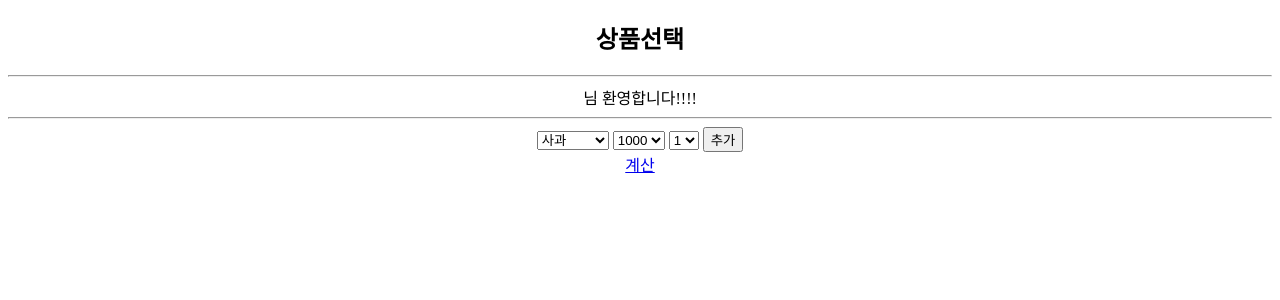
Repository: RyuJelly/211
Page: http://localhost/JSP/mission01/selProduct.jsp
These files come from the project's save history. The page is drawn as it stood at one moment and after the next save; the edit follows.
The browser window is 1280 px wide. The pictures show the whole page.
The page is served by Tomcat 9.

Above is the page before, as saved 2021-03-29 05:03:54.

After the next save:
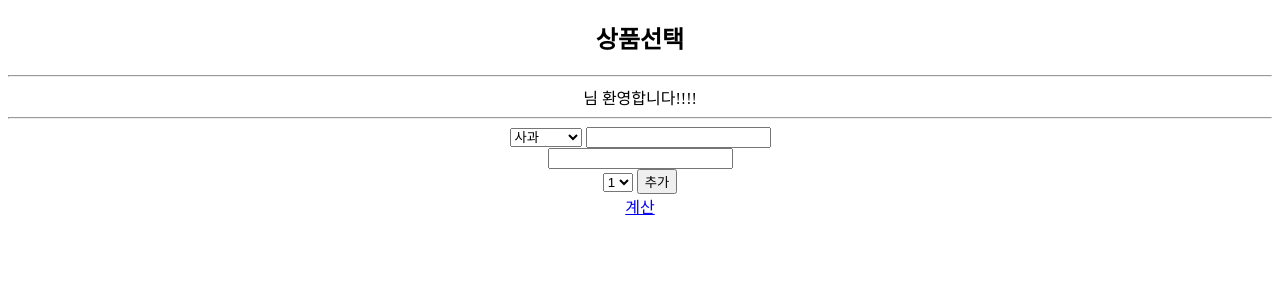
Saved 36 s later.
--- a/jsp_work/JSP/WebContent/mission01/selProduct.jsp
+++ b/jsp_work/JSP/WebContent/mission01/selProduct.jsp
@@ -25,10 +25,8 @@
 			<option>자몽</option>
 			<option>레몬</option>
 		</SELECT>
-		<SELECT name="price">
-			<option>1000</option>
-			<option>2000</option>
-		</SELECT>
+		<input type="text" name="price"><br>
+		<input type="text" name="amount"><br>
 		<SELECT name="amount">
 			<option>1</option>
 			<option>2</option>
